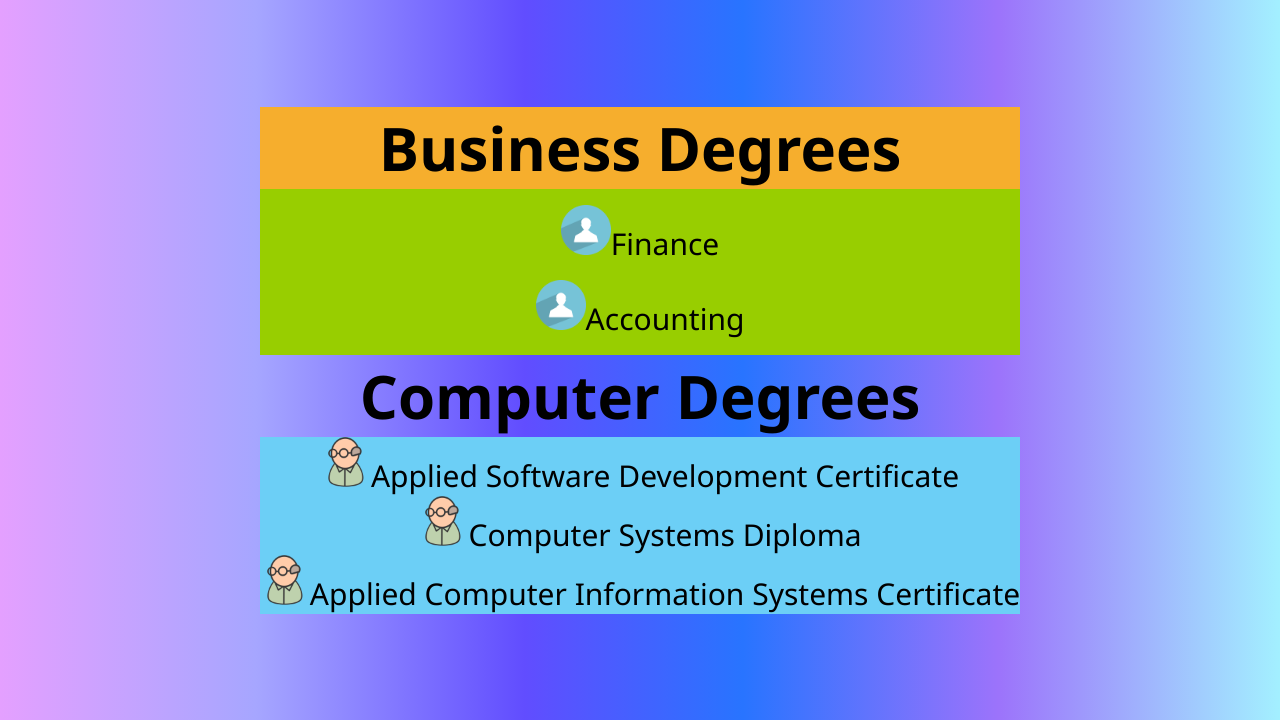
Repository: NeemaToto/mdia2109week3
Page: /
These files come from the project's save history. The page is drawn as it stood at one moment and after a run of saves; the edit follows.
The browser window is 1280 px wide. The pictures show the whole page.
The project was rebuilt for these pictures with package versions that can differ from the ones it lists, and the page was loaded fresh each time. The framework's server and built-in components were replaced by stand-ins that run in the browser. Also part of the build but not shown: next.config.js.

Above is the page before, as saved 2023-01-19 14:38:01.

### pages/index.js
import Head from 'next/head'
import Image from 'next/image'
import { Inter } from '@next/font/google'
import styles from '@/styles/Home.module.css'
import data from '../data/education.json'
import { useState } from 'react'
import Card from '../components/card'
import Link from 'next/link'

const inter = Inter({ subsets: ['latin'] })

export default function Home() {
  console.log(data);
  const [information, setInformation] = useState([...data]);

  return (
    <>
      <Head>
        <title>Departments of School</title>
        <meta name="description" content="Generated by create next app" />
        <meta name="viewport" content="width=device-width, initial-scale=1" />
        <link rel="icon" href="/degree-icon.png" />
      </Head>
      <main className={styles.main}>
        <div className={styles.degrees}>
          <div className={styles.businessContainer}>
            <h1 className={styles.h1business}>Business Degrees</h1>
            {
              information && information.map((info, index) => {
                if (info.department === "Business") {
                  return (
                    <Card key={index} degree={info.degree} colour="#98CE00" font="30px" margin-left="40px" />
                  )
                }
              })
            }
          </div>
          <div className={styles.computerContainer}>
            <h1>Computer Degrees</h1>
            {
              information && information.map((info, index) => {
                if (info.department === "Computing") {
                  return (
                    <Card key={index} degree={info.degree} colour="#6CCFF6" font="30px" />
                  )
                }
              })
            }
          </div>
        </div>
      </main>
    </>
  )
}

### styles/globals.css
:root {
  --max-width: 1100px;
  --border-radius: 12px;
  --font-mono: ui-monospace, Menlo, Monaco, 'Cascadia Mono', 'Segoe UI Mono',
    'Roboto Mono', 'Oxygen Mono', 'Ubuntu Monospace', 'Source Code Pro',
    'Fira Mono', 'Droid Sans Mono', 'Courier New', monospace;

  --foreground-rgb: 0, 0, 0;
  --background-start-rgb: 214, 219, 220;
  --background-end-rgb: 255, 255, 255;

  --primary-glow: conic-gradient(
    from 180deg at 50% 50%,
    #16abff33 0deg,
    #0885ff33 55deg,
    #54d6ff33 120deg,
    #0071ff33 160deg,
    transparent 360deg
  );
  --secondary-glow: radial-gradient(
    rgba(255, 255, 255, 1),
    rgba(255, 255, 255, 0)
  );

  --tile-start-rgb: 239, 245, 249;
  --tile-end-rgb: 228, 232, 233;
  --tile-border: conic-gradient(
    #00000080,
    #00000040,
    #00000030,
    #00000020,
    #00000010,
    #00000010,
    #00000080
  );

  --callout-rgb: 238, 240, 241;
  --callout-border-rgb: 172, 175, 176;
  --card-rgb: 180, 185, 188;
  --card-border-rgb: 131, 134, 135;
}

@media (prefers-color-scheme: dark) {
  :root {
    --foreground-rgb: 255, 255, 255;
    --background-start-rgb: 0, 0, 0;
    --background-end-rgb: 0, 0, 0;

    --primary-glow: radial-gradient(rgba(1, 65, 255, 0.4), rgba(1, 65, 255, 0));
    --secondary-glow: linear-gradient(
      to bottom right,
      rgba(1, 65, 255, 0),
      rgba(1, 65, 255, 0),
      rgba(1, 65, 255, 0.3)
    );

    --tile-start-rgb: 2, 13, 46;
    --tile-end-rgb: 2, 5, 19;
    --tile-border: conic-gradient(
      #ffffff80,
      #ffffff40,
      #ffffff30,
      #ffffff20,
      #ffffff10,
      #ffffff10,
      #ffffff80
    );

    --callout-rgb: 20, 20, 20;
    --callout-border-rgb: 108, 108, 108;
    --card-rgb: 100, 100, 100;
    --card-border-rgb: 200, 200, 200;
  }
}

* {
  box-sizing: border-box;
  padding: 0;
  margin: 0;
}

html,
body {
  max-width: 100vw;
  overflow-x: hidden;
}

body {
  color: rgb(var(--foreground-rgb));
  background: linear-gradient(
      to bottom,
      transparent,
      rgb(var(--background-end-rgb))
    )
    rgb(var(--background-start-rgb));
}

a {
  color: inherit;
  text-decoration: none;
}

@media (prefers-color-scheme: dark) {
  html {
    color-scheme: dark;
  }
}

### styles/Home.module.css
.main {
  display: flex;
  flex-direction: row;
  justify-content: center;
  align-items: center;
  padding: 6rem;
  min-height: 100vh;
  background: rgb(228,160,255);
background: linear-gradient(90deg, rgba(228,160,255,1) 0%, rgba(166,166,255,1) 20%, rgba(97,77,255,1) 41%, rgba(40,116,255,1) 58%, rgba(156,115,251,1) 78%, rgba(163,240,255,1) 100%);
}

.description {
  display: inherit;
  justify-content: inherit;
  align-items: inherit;
  font-size: 0.85rem;
  max-width: var(--max-width);
  width: 100%;
  z-index: 2;
  font-family: var(--font-mono);
}

.description a {
  display: flex;
  justify-content: center;
  align-items: center;
  gap: 0.5rem;
}

.description p {
  position: relative;
  margin: 0;
  padding: 1rem;
  background-color: rgba(var(--callout-rgb), 0.5);
  border: 1px solid rgba(var(--callout-border-rgb), 0.3);
  border-radius: var(--border-radius);
}

.code {
  font-weight: 700;
  font-family: var(--font-mono);
}

.grid {
  display: grid;
  grid-template-columns: repeat(4, minmax(25%, auto));
  width: var(--max-width);
  max-width: 100%;
}

.card {
  padding: 1rem 1.2rem;
  border-radius: var(--border-radius);
  background: rgba(var(--card-rgb), 0);
  border: 1px solid rgba(var(--card-border-rgb), 0);
  transition: background 200ms, border 200ms;
}

.card span {
  display: inline-block;
  transition: transform 200ms;
}

.card h2 {
  font-weight: 600;
  margin-bottom: 0.7rem;
}

.card p {
  margin: 0;
  opacity: 0.6;
  font-size: 0.9rem;
  line-height: 1.5;
  max-width: 30ch;
}

.center {
  display: flex;
  justify-content: center;
  align-items: center;
  position: relative;
  padding: 4rem 0;
}

.center::before {
  background: var(--secondary-glow);
  border-radius: 50%;
  width: 480px;
  height: 360px;
  margin-left: -400px;
}

.center::after {
  background: var(--primary-glow);
  width: 240px;
  height: 180px;
  z-index: -1;
}

.center::before,
.center::after {
  content: '';
  left: 50%;
  position: absolute;
  filter: blur(45px);
  transform: translateZ(0);
}

.logo,
.thirteen {
  position: relative;
}

.thirteen {
  display: flex;
  justify-content: center;
  align-items: center;
  width: 75px;
  height: 75px;
  padding: 25px 10px;
  margin-left: 16px;
  transform: translateZ(0);
  border-radius: var(--border-radius);
  overflow: hidden;
  box-shadow: 0px 2px 8px -1px #0000001a;
}

.thirteen::before,
.thirteen::after {
  content: '';
  position: absolute;
  z-index: -1;
}

/* Conic Gradient Animation */
.thirteen::before {
  animation: 6s rotate linear infinite;
  width: 200%;
  height: 200%;
  background: var(--tile-border);
}

/* Inner Square */
.thirteen::after {
  inset: 0;
  padding: 1px;
  border-radius: var(--border-radius);
  background: linear-gradient(
    to bottom right,
    rgba(var(--tile-start-rgb), 1),
    rgba(var(--tile-end-rgb), 1)
  );
  background-clip: content-box;
}

/* Enable hover only on non-touch devices */
@media (hover: hover) and (pointer: fine) {
  .card:hover {
    background: rgba(var(--card-rgb), 0.1);
    border: 1px solid rgba(var(--card-border-rgb), 0.15);
  }

  .card:hover span {
    transform: translateX(4px);
  }
}

@media (prefers-reduced-motion) {
  .thirteen::before {
    animation: none;
  }

  .card:hover span {
    transform: none;
  }
}

/* Mobile */
@media (max-width: 700px) {
  .content {
    padding: 4rem;
  }

  .grid {
    grid-template-columns: 1fr;
    margin-bottom: 120px;
    max-width: 320px;
    text-align: center;
  }

  .card {
    padding: 1rem 2.5rem;
  }

  .card h2 {
    margin-bottom: 0.5rem;
  }

  .center {
    padding: 8rem 0 6rem;
  }

  .center::before {
    transform: none;
    height: 300px;
  }

  .description {
    font-size: 0.8rem;
  }

  .description a {
    padding: 1rem;
  }

  .description p,
  .description div {
    display: flex;
    justify-content: center;
    position: fixed;
    width: 100%;
  }

  .description p {
    align-items: center;
    inset: 0 0 auto;
    padding: 2rem 1rem 1.4rem;
    border-radius: 0;
    border: none;
    border-bottom: 1px solid rgba(var(--callout-border-rgb), 0.25);
    background: linear-gradient(
      to bottom,
      rgba(var(--background-start-rgb), 1),
      rgba(var(--callout-rgb), 0.5)
    );
    background-clip: padding-box;
    backdrop-filter: blur(24px);
  }

  .description div {
    align-items: flex-end;
    pointer-events: none;
    inset: auto 0 0;
    padding: 2rem;
    height: 200px;
    background: linear-gradient(
      to bottom,
      transparent 0%,
      rgb(var(--background-end-rgb)) 40%
    );
    z-index: 1;
  }
}

/* Tablet and Smaller Desktop */
@media (min-width: 701px) and (max-width: 1120px) {
  .grid {
    grid-template-columns: repeat(2, 50%);
  }
}

@media (prefers-color-scheme: dark) {
  .vercelLogo {
    filter: invert(1);
  }

  .logo,
  .thirteen img {
    filter: invert(1) drop-shadow(0 0 0.3rem #ffffff70);
  }
}

@keyframes rotate {
  from {
    transform: rotate(360deg);
  }
  to {
    transform: rotate(0deg);
  }
}

.degrees{
  font-size: 30px;
  text-align: center;
  font-family: 'Segoe UI', Tahoma, Geneva, Verdana, sans-serif;
}

.businessContainer{
  display: flex;
  flex-direction: column;
  gap: 1rem;
  background-color: #98CE00;
  padding-bottom: 1rem;
}

.businessContainer > h1{
  background-color: #F6AE2D;
}

### data/education.json
[
        {
            "studentNumber": "A0004567",
            "firstName": "Person 1",
            "gpa": 3.8,
            "department": "Business",
            "degree": "Finance",
            "graduted": 2014
        },
        {
            "studentNumber": "A0001234",
            "firstName": "Person 2",
            "gpa": 3.5,
            "department": "Business",
            "degree": "Accounting",
            "graduted": 2010
        },
        {
            "studentNumber": "A0007890",
            "firstName": "Person 3",
            "gpa": 3.2,
            "department": "Computing",
            "degree": "Applied Software Development Certificate",
            "graduted": 2018
        },
        {
            "studentNumber": "A0007828",
            "firstName": "Person 4",
            "gpa": 3.9,
            "department": "Computing",
            "degree": "Computer Systems Diploma",
            "graduted": 2021
        },
        {
            "studentNumber": "A0003425",
            "firstName": "Person 5",
            "gpa": 3.2,
            "department": "Computing",
            "degree": "Applied Computer Information Systems Certificate",
            "graduted": 2021
        }
]

### components/card/index.js
export default function Card({
    degree = "none",
    colour = "purple",
    font = 0,
    image = 'icon/personTwo.png'
}){
    return(
        <div style={{backgroundColor: colour, fontSize: font}}>
            {
                colour === "#98CE00" ? <img src={'icon/person.png'} width="50"/> :
                colour === "#6CCFF6" ? <img src={'icon/personThree.png'} width="50"/> :
                                    <img src={image} width="50"/>
            }
            {degree}
        </div>
    )
}

Loaded but not shown: pages/_app.js (common file); pages/_document.js (common file)

After the next 2 saves:
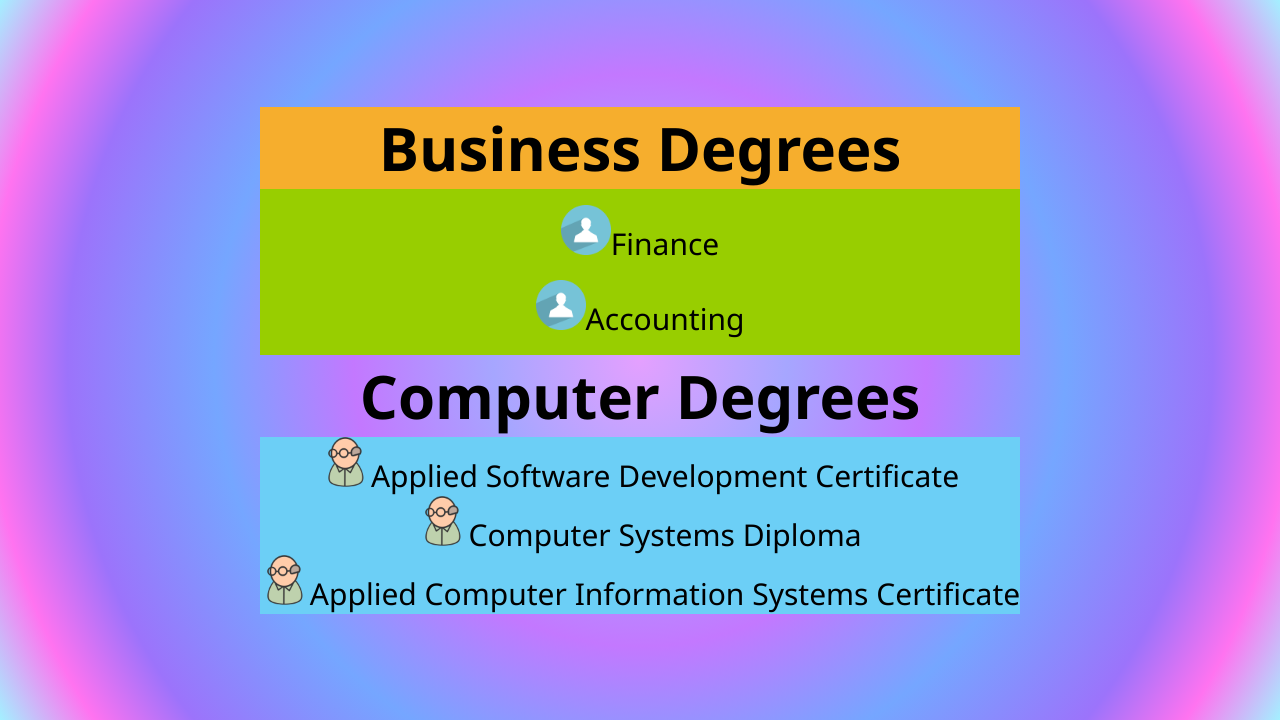
The 2 saves are shown as one change because they came seconds apart.
The last was saved 70 s later.
--- a/styles/Home.module.css
+++ b/styles/Home.module.css
@@ -6,7 +6,7 @@
   padding: 6rem;
   min-height: 100vh;
   background: rgb(228,160,255);
-background: linear-gradient(90deg, rgba(228,160,255,1) 0%, rgba(166,166,255,1) 20%, rgba(97,77,255,1) 41%, rgba(40,116,255,1) 58%, rgba(156,115,251,1) 78%, rgba(163,240,255,1) 100%);
+background: radial-gradient(circle, rgba(228,160,255,1) 0%, rgba(166,166,255,1) 20%, rgba(195,120,255,1) 39%, rgba(117,166,255,1) 58%, rgba(156,115,251,1) 78%, rgba(255,115,240,1) 89%, rgba(163,240,255,1) 100%);
 }
 
 .description {
